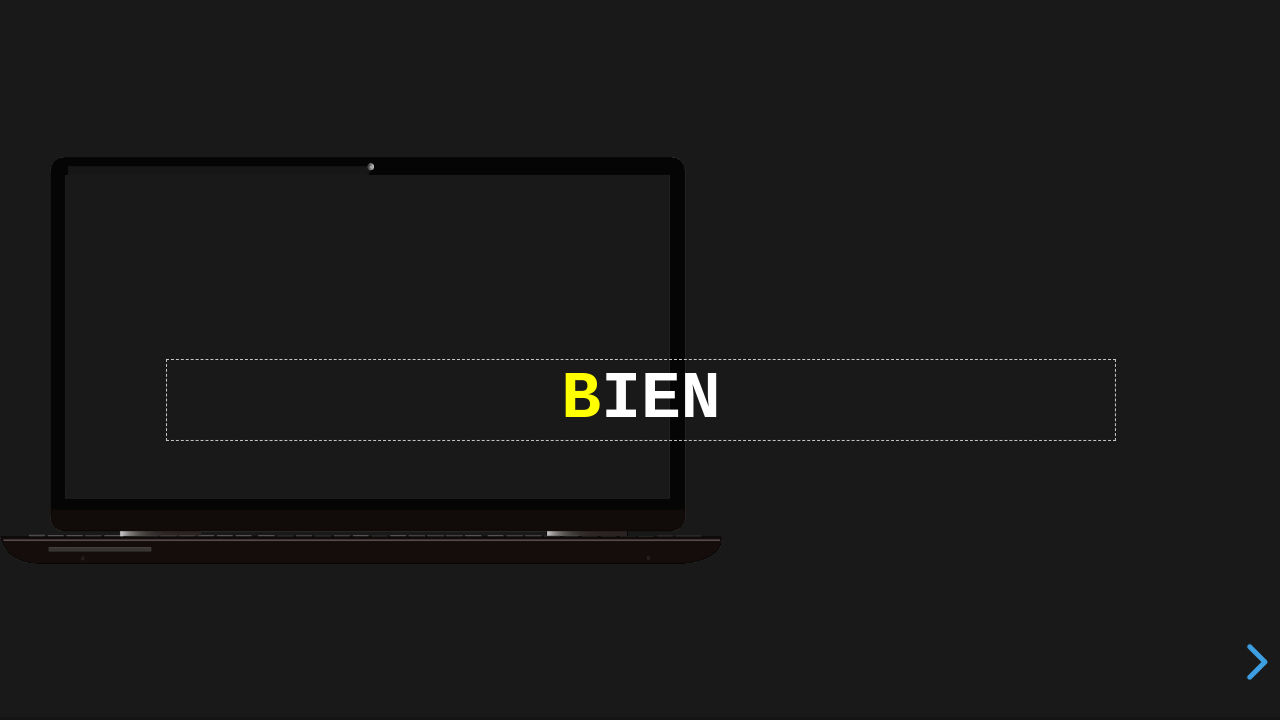
Repository: cutesquirrel/pres-college
Page: index.html
An editor plug-in stored every save of this project. The page is shown before and after the next save, followed by the edit.
The browser window is 1280 px wide. The pictures show the whole page.

Above is the page before, as saved 2024-03-31 10:58:07.

### index.html
<!doctype html>
<html lang="en">
	<head>
		<meta charset="utf-8">
		<meta name="viewport" content="width=device-width, initial-scale=1.0, maximum-scale=1.0, user-scalable=no">

		<title>reveal.js</title>

		<link rel="stylesheet" href="dist/reset.css">
		<link rel="stylesheet" href="dist/reveal.css">
		<link rel="stylesheet" href="dist/theme/black.css">

		<!-- Theme used for syntax highlighted code -->
		<link rel="stylesheet" href="plugin/highlight/monokai.css">
		<link rel="stylesheet" href="custom.css">
	</head>
	<body>
		<div class="reveal">
			<div class="slides">
				<section data-background-image="./fond_pc.png" data-background-size="722px" data-background-position="left" data-background-repeat="no-repeat" data-background-opacity="0.8">
					<h2 class="animate-text">Bienvenue !</h2>
				</section>
				<section data-background-image="./whoami.png" data-background-size="722px" data-background-position="left" data-background-repeat="no-repeat" data-background-opacity="0.5">
					<h2>Qui suis-je ?</h2>
				</section>
				<section data-background-image="./fond_dev.png" >
					<h2>Développement ?</h2>
				</section>
				<section>

					<h2>Idées de thèmes</h2>
					<ul class="r-fit-text">
<li class="fragment fade-left">Les différentes activités réalisées dans votre travail
Développement Web
Gestion de projet
Management d'équipe
Travailler avec les fournisseurs : hébergeur, avis clients par ex, réseaux sociaux
Réunions d'équipe : qui travaille sur quoi ?
Réunions pour préparer des nouveaux projets
Réunions de crise : gros souci sur un site, on ne vend plus ? panique à bord ?


</li>
<li class="fragment fade-left">Description d'une journée type
	Je dirige une équipe de 8 personnes, coupée en 3 : une partie à Aix, l'autre à Montpellier, 1 en Bretagne
	On utilise donc beaucoup Slack, un outil pour communiquer entre nous, comme WhatsApp
Outils de chat : 2
</li>

<li class="fragment fade-left">les horaires de travail -

	9h-12h/14h-18h environ</li>

<li class="fragment fade-left">lieu(x) d’exercice du métier:

	dans l'entreprise, à Aix, ou en télétravail 2j/semaine</li>

<li class="fragment fade-left">les qualités et compétences demandées
	passioné par le développement
  curieux, inventif
	aimer travailler en équipe
	autonôme parfois
</li>

<li class="fragment fade-left">votre parcours de formation
ESIGELEC, école d'ingénieur généraliste.
Plein d'autres formations possibles : EPITECH, l'école 42, BTS, BUT, formation de reconversion


</li>
<li class="fragment fade-left">la place de l’anglais dans votre profession</li>
<li class="fragment fade-left">L’éducation nationale s’engage pour le développement durable et la transition écologique :
	la question de l’environnement est au coeur des nouveaux programme du lycée.

	parler de la question de la consommation énergétique
	Green IT ?
  Netflix, moteurs de recherche comme Google, l'intelligence articielle, le bitcoin - consommation énergétique monstrueuse


</li>
<li class="fragment fade-left">Entreprise ? égalité fille/ garçon: la part des femmes et des hommes dans votre entreprise

	Parmi les développeurs/euses, il y a encore peu de femmes.
	La preuve, je n'ai qu'une femme dans mon équipe sur 8 personnes...

	Par contre, au service marketing, dont je fais partie, c'est principalement des femmes :
	   graphistes, designeuses
	   community manager
		 responsable produit
		 ventes

  De nombreuses initiatives existent pour promouvoir la place de la femme dans ce métier.

</li>
					</ul>

TROUVER QQ PHOTOS HOMAIR
QQ PHOTOS AGREMENTANT LA PRESENTATION

				</section>
				<section>
					<section>Slide 2.1</section>
					<section>Slide 2.2</section>
				</section>
				<section data-transition="convex">
					<h3>data-transition: convex</h3>
				</section>
				<section data-background="indigo">
					<h2>Scroll triggered fragments</h2>
					<ul>
						<li class="fragment fade-left">Step one</li>
						<li class="fragment fade-left">Step two</li>
						<li class="fragment fade-left">Step three</li>
					</ul>
				</section>
			</div>
		</div>

		<script src="dist/reveal.js"></script>
		<script src="plugin/notes/notes.js"></script>
		<script src="plugin/markdown/markdown.js"></script>
		<script src="plugin/highlight/highlight.js"></script>
		<script>
			// More info about initialization & config:
			// - https://revealjs.com/initialization/
			// - https://revealjs.com/config/
			Reveal.initialize({
				hash: true,

				// Learn about plugins: https://revealjs.com/plugins/
				plugins: [ RevealMarkdown, RevealHighlight, RevealNotes ]
			});
		</script>
		<script src="custom.js"></script>
	</body>
</html>

### dist/theme/black.css
/**
 * Black theme for reveal.js. This is the opposite of the 'white' theme.
 *
 * By Hakim El Hattab, http://hakim.se
 */
@import url(./fonts/source-sans-pro/source-sans-pro.css);
section.has-light-background, section.has-light-background h1, section.has-light-background h2, section.has-light-background h3, section.has-light-background h4, section.has-light-background h5, section.has-light-background h6 {
  color: #222;
}

/*********************************************
 * GLOBAL STYLES
 *********************************************/
:root {
  --r-background-color: #191919;
  --r-main-font: Source Sans Pro, Helvetica, sans-serif;
  --r-main-font-size: 42px;
  --r-main-color: #fff;
  --r-block-margin: 20px;
  --r-heading-margin: 0 0 20px 0;
  --r-heading-font: Source Sans Pro, Helvetica, sans-serif;
  --r-heading-color: #fff;
  --r-heading-line-height: 1.2;
  --r-heading-letter-spacing: normal;
  --r-heading-text-transform: uppercase;
  --r-heading-text-shadow: none;
  --r-heading-font-weight: 600;
  --r-heading1-text-shadow: none;
  --r-heading1-size: 2.5em;
  --r-heading2-size: 1.6em;
  --r-heading3-size: 1.3em;
  --r-heading4-size: 1em;
  --r-code-font: monospace;
  --r-link-color: #42affa;
  --r-link-color-dark: #068de9;
  --r-link-color-hover: #8dcffc;
  --r-selection-background-color: rgba(66, 175, 250, 0.75);
  --r-selection-color: #fff;
  --r-overlay-element-bg-color: 240, 240, 240;
  --r-overlay-element-fg-color: 0, 0, 0;
}

.reveal-viewport {
  background: #191919;
  background-color: var(--r-background-color);
}

.reveal {
  font-family: var(--r-main-font);
  font-size: var(--r-main-font-size);
  font-weight: normal;
  color: var(--r-main-color);
}

.reveal ::selection {
  color: var(--r-selection-color);
  background: var(--r-selection-background-color);
  text-shadow: none;
}

.reveal ::-moz-selection {
  color: var(--r-selection-color);
  background: var(--r-selection-background-color);
  text-shadow: none;
}

.reveal .slides section,
.reveal .slides section > section {
  line-height: 1.3;
  font-weight: inherit;
}

/*********************************************
 * HEADERS
 *********************************************/
.reveal h1,
.reveal h2,
.reveal h3,
.reveal h4,
.reveal h5,
.reveal h6 {
  margin: var(--r-heading-margin);
  color: var(--r-heading-color);
  font-family: var(--r-heading-font);
  font-weight: var(--r-heading-font-weight);
  line-height: var(--r-heading-line-height);
  letter-spacing: var(--r-heading-letter-spacing);
  text-transform: var(--r-heading-text-transform);
  text-shadow: var(--r-heading-text-shadow);
  word-wrap: break-word;
}

.reveal h1 {
  font-size: var(--r-heading1-size);
}

.reveal h2 {
  font-size: var(--r-heading2-size);
}

.reveal h3 {
  font-size: var(--r-heading3-size);
}

.reveal h4 {
  font-size: var(--r-heading4-size);
}

.reveal h1 {
  text-shadow: var(--r-heading1-text-shadow);
}

/*********************************************
 * OTHER
 *********************************************/
.reveal p {
  margin: var(--r-block-margin) 0;
  line-height: 1.3;
}

/* Remove trailing margins after titles */
.reveal h1:last-child,
.reveal h2:last-child,
.reveal h3:last-child,
.reveal h4:last-child,
.reveal h5:last-child,
.reveal h6:last-child {
  margin-bottom: 0;
}

/* Ensure certain elements are never larger than the slide itself */
.reveal img,
.reveal video,
.reveal iframe {
  max-width: 95%;
  max-height: 95%;
}

.reveal strong,
.reveal b {
  font-weight: bold;
}

.reveal em {
  font-style: italic;
}

.reveal ol,
.reveal dl,
.reveal ul {
  display: inline-block;
  text-align: left;
  margin: 0 0 0 1em;
}

.reveal ol {
  list-style-type: decimal;
}

.reveal ul {
  list-style-type: disc;
}

.reveal ul ul {
  list-style-type: square;
}

.reveal ul ul ul {
  list-style-type: circle;
}

.reveal ul ul,
.reveal ul ol,
.reveal ol ol,
.reveal ol ul {
  display: block;
  margin-left: 40px;
}

.reveal dt {
  font-weight: bold;
}

.reveal dd {
  margin-left: 40px;
}

.reveal blockquote {
  display: block;
  position: relative;
  width: 70%;
  margin: var(--r-block-margin) auto;
  padding: 5px;
  font-style: italic;
  background: rgba(255, 255, 255, 0.05);
  box-shadow: 0px 0px 2px rgba(0, 0, 0, 0.2);
}

.reveal blockquote p:first-child,
.reveal blockquote p:last-child {
  display: inline-block;
}

.reveal q {
  font-style: italic;
}

.reveal pre {
  display: block;
  position: relative;
  width: 90%;
  margin: var(--r-block-margin) auto;
  text-align: left;
  font-size: 0.55em;
  font-family: var(--r-code-font);
  line-height: 1.2em;
  word-wrap: break-word;
  box-shadow: 0px 5px 15px rgba(0, 0, 0, 0.15);
}

.reveal code {
  font-family: var(--r-code-font);
  text-transform: none;
  tab-size: 2;
}

.reveal pre code {
  display: block;
  padding: 5px;
  overflow: auto;
  max-height: 400px;
  word-wrap: normal;
}

.reveal .code-wrapper {
  white-space: normal;
}

.reveal .code-wrapper code {
  white-space: pre;
}

.reveal table {
  margin: auto;
  border-collapse: collapse;
  border-spacing: 0;
}

.reveal table th {
  font-weight: bold;
}

.reveal table th,
.reveal table td {
  text-align: left;
  padding: 0.2em 0.5em 0.2em 0.5em;
  border-bottom: 1px solid;
}

.reveal table th[align=center],
.reveal table td[align=center] {
  text-align: center;
}

.reveal table th[align=right],
.reveal table td[align=right] {
  text-align: right;
}

.reveal table tbody tr:last-child th,
.reveal table tbody tr:last-child td {
  border-bottom: none;
}

.reveal sup {
  vertical-align: super;
  font-size: smaller;
}

.reveal sub {
  vertical-align: sub;
  font-size: smaller;
}

.reveal small {
  display: inline-block;
  font-size: 0.6em;
  line-height: 1.2em;
  vertical-align: top;
}

.reveal small * {
  vertical-align: top;
}

.reveal img {
  margin: var(--r-block-margin) 0;
}

/*********************************************
 * LINKS
 *********************************************/
.reveal a {
  color: var(--r-link-color);
  text-decoration: none;
  transition: color 0.15s ease;
}

.reveal a:hover {
  color: var(--r-link-color-hover);
  text-shadow: none;
  border: none;
}

.reveal .roll span:after {
  color: #fff;
  background: var(--r-link-color-dark);
}

/*********************************************
 * Frame helper
 *********************************************/
.reveal .r-frame {
  border: 4px solid var(--r-main-color);
  box-shadow: 0 0 10px rgba(0, 0, 0, 0.15);
}

.reveal a .r-frame {
  transition: all 0.15s linear;
}

.reveal a:hover .r-frame {
  border-color: var(--r-link-color);
  box-shadow: 0 0 20px rgba(0, 0, 0, 0.55);
}

/*********************************************
 * NAVIGATION CONTROLS
 *********************************************/
.reveal .controls {
  color: var(--r-link-color);
}

/*********************************************
 * PROGRESS BAR
 *********************************************/
.reveal .progress {
  background: rgba(0, 0, 0, 0.2);
  color: var(--r-link-color);
}

/*********************************************
 * PRINT BACKGROUND
 *********************************************/
@media print {
  .backgrounds {
    background-color: var(--r-background-color);
  }
}

### plugin/highlight/monokai.css
/*
Monokai style - ported by Luigi Maselli - http://grigio.org
*/

.hljs {
  display: block;
  overflow-x: auto;
  padding: 0.5em;
  background: #272822;
  color: #ddd;
}

.hljs-tag,
.hljs-keyword,
.hljs-selector-tag,
.hljs-literal,
.hljs-strong,
.hljs-name {
  color: #f92672;
}

.hljs-code {
  color: #66d9ef;
}

.hljs-class .hljs-title {
  color: white;
}

.hljs-attribute,
.hljs-symbol,
.hljs-regexp,
.hljs-link {
  color: #bf79db;
}

.hljs-string,
.hljs-bullet,
.hljs-subst,
.hljs-title,
.hljs-section,
.hljs-emphasis,
.hljs-type,
.hljs-built_in,
.hljs-builtin-name,
.hljs-selector-attr,
.hljs-selector-pseudo,
.hljs-addition,
.hljs-variable,
.hljs-template-tag,
.hljs-template-variable {
  color: #a6e22e;
}

.hljs-comment,
.hljs-quote,
.hljs-deletion,
.hljs-meta {
  color: #75715e;
}

.hljs-keyword,
.hljs-selector-tag,
.hljs-literal,
.hljs-doctag,
.hljs-title,
.hljs-section,
.hljs-type,
.hljs-selector-id {
  font-weight: bold;
}

### custom.css
/* effet machine à écrire (SIMPLE) */
.animate-text {
	visibility:hidden;
  font-family: 'Courier New', Courier, monospace !important;
  color:black;
}

/* déco */
.animate-text {
  width:100%; /* pour visualiser le passage a la ligne */
  border:1px dashed #ccc;
}
.animate-text::first-letter {
  color: yellow;
}


/* effet machine à écrire + animation CSS (SPECIAL) */
/*
.animate-text span {
	display:inline-block;
  color:purple;
  animation:fade-in 0.8s ease-in-out 1;
	animation-fill-mode: forwards;
}
@keyframes fade-in {
	0% { opacity:0; font-size:0; xxmargin-left:100px; }
  100% { opacity:1; xxfont-size:300%; xxtransform:rotate(360deg); margin-left:0; }
}
*/

### custom.js
/* ------------------------- */
/* Version en JavaScript pur */
/* ------------------------- */
'use strict'
window.addEventListener('DOMContentLoaded', (event) => {
  animate_text()
  setInterval(animate_text, 4000)
})
// -------------------
function animate_text() {
  let delay = 300,
    delay_start = 0,
    contents,
    letters

  document.querySelectorAll('.animate-text').forEach(function (elem) {
    contents = elem.textContent.trim()
    elem.textContent = ''
    letters = contents.split('')
    elem.style.visibility = 'visible'

    letters.forEach(function (letter, index_1) {
      setTimeout(function () {
        // ---------
        // effet machine à écrire (SIMPLE)
        elem.textContent += letter
        // ---------
        // OU :
        // effet machine à écrire + animation CSS (SPECIAL)
        /*
        var span = document.createElement('span');
        span.innerHTML = letter.replace(/ /,'&nbsp;');
        elem.appendChild(span);
*/
        // ---------
      }, delay_start + delay * index_1)
    })
    delay_start += delay * letters.length
  })
}

Loaded but not shown: dist/reset.css (common file); dist/reveal.css (library); dist/reveal.js (library); plugin/notes/notes.js (library); plugin/markdown/markdown.js (library); plugin/highlight/highlight.js (library); dist/theme/fonts/source-sans-pro/source-sans-pro.css (common file)

After the next save:
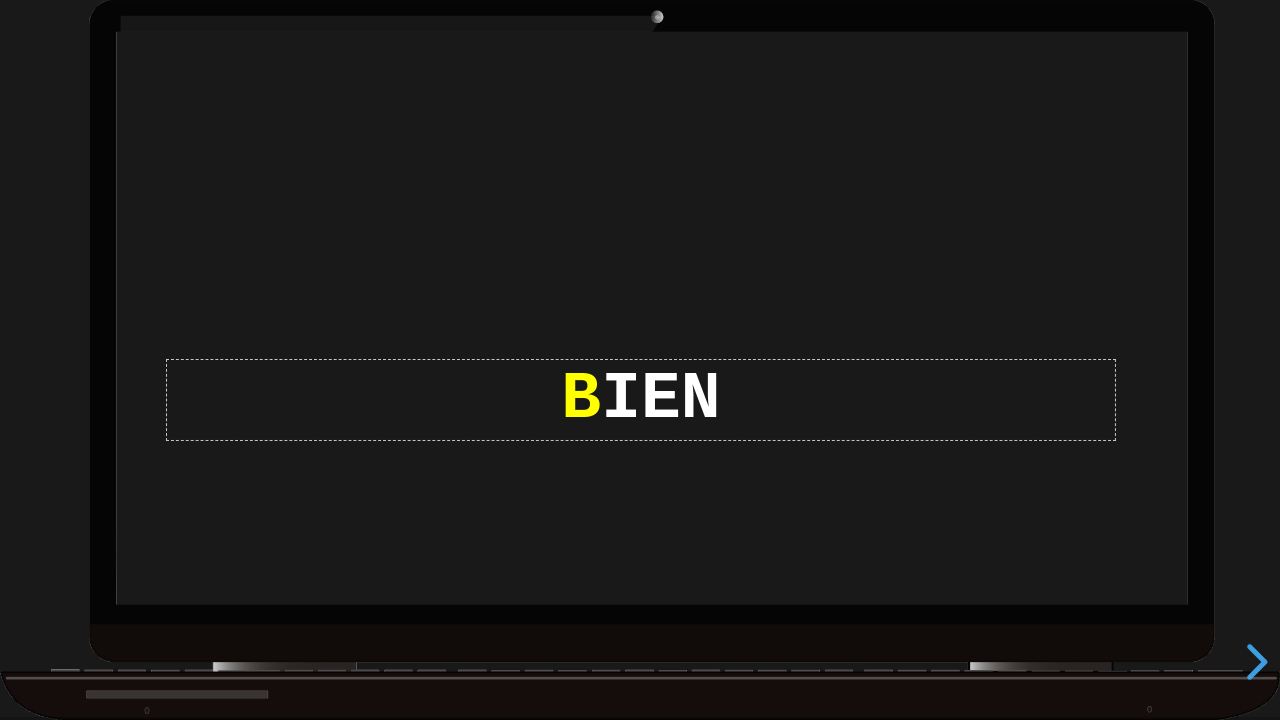
Saved 8 s later.
--- a/index.html
+++ b/index.html
@@ -17,7 +17,7 @@
 	<body>
 		<div class="reveal">
 			<div class="slides">
-				<section data-background-image="./fond_pc.png" data-background-size="722px" data-background-position="left" data-background-repeat="no-repeat" data-background-opacity="0.8">
+				<section data-background-image="./fond_pc.png" data-background-size="100%" data-background-position="left" data-background-repeat="no-repeat" data-background-opacity="0.8">
 					<h2 class="animate-text">Bienvenue !</h2>
 				</section>
 				<section data-background-image="./whoami.png" data-background-size="722px" data-background-position="left" data-background-repeat="no-repeat" data-background-opacity="0.5">
